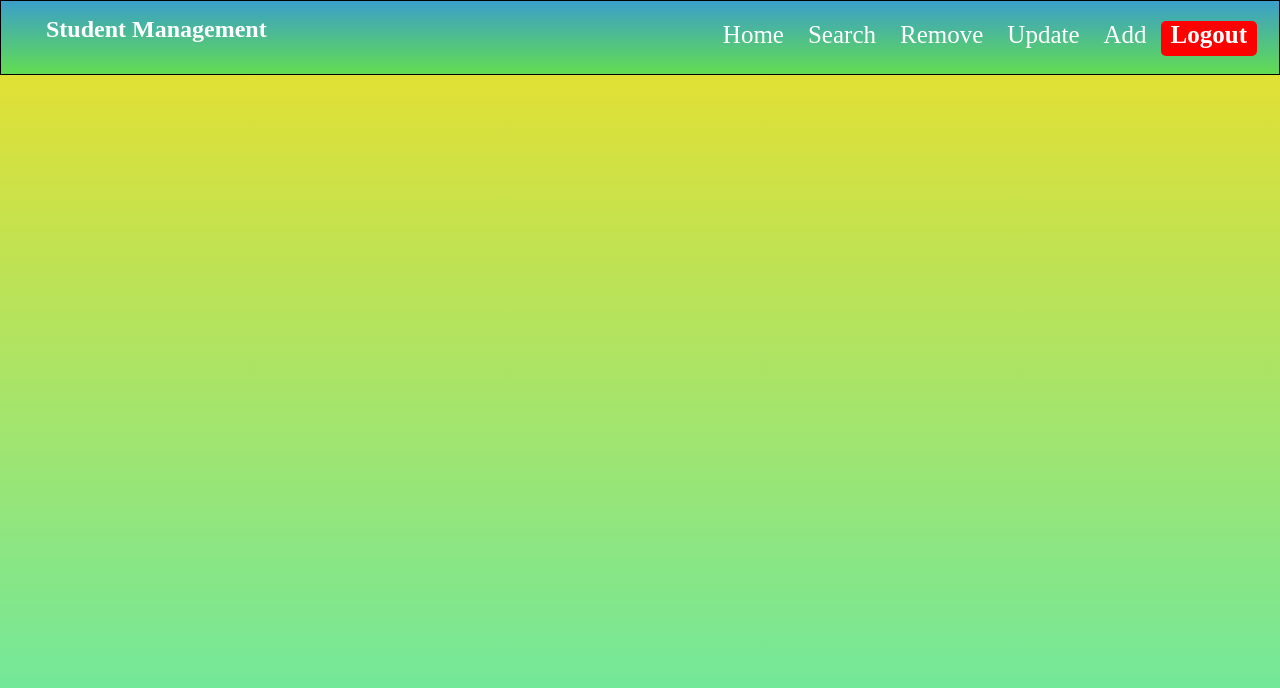
Repository: vishaltawar/J2EE-WEJE-2
Page: http://localhost/studentapp/AdminHome.jsp
The author's editor kept a copy of each file at every save. The page is drawn from the files as they stood at one save, then again after the next save.
The browser window is 1280 px wide. The pictures show the whole page.
The page is served by Tomcat 9.

Above is the page before, as saved 2022-12-26 07:15:44.

After the next save:
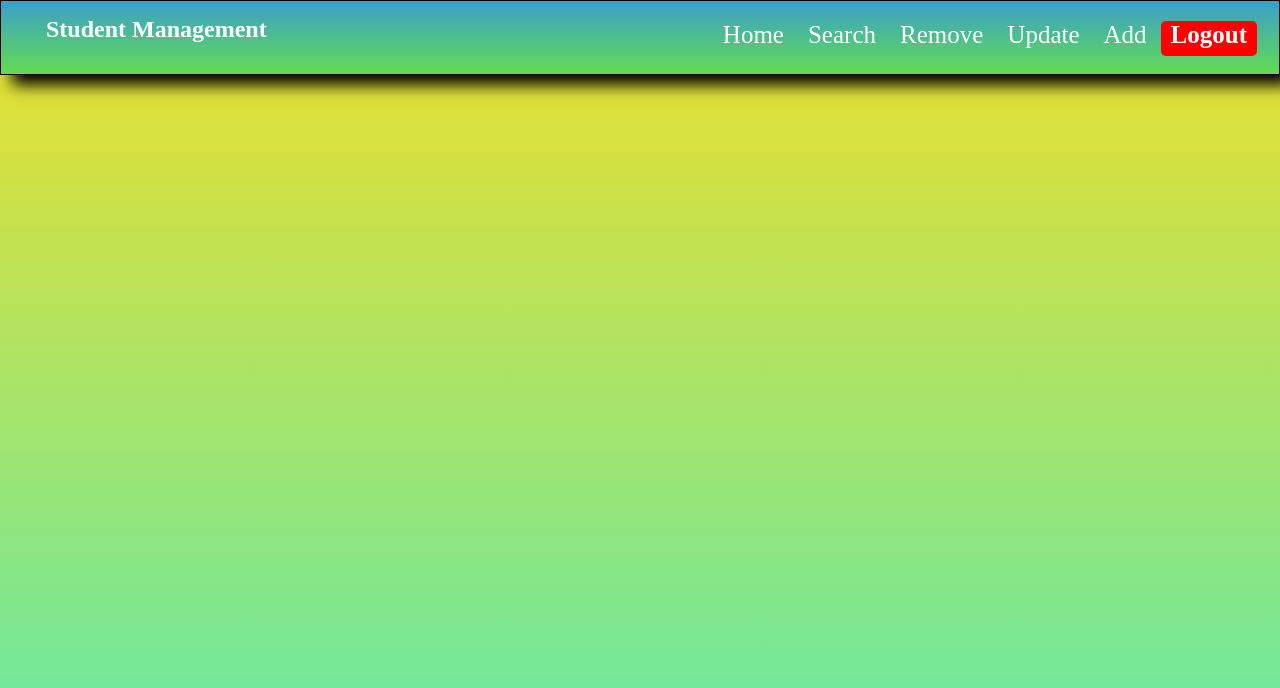
Saved 2 min 58 s later.
--- a/studentapp/src/main/webapp/AdminHome.jsp
+++ b/studentapp/src/main/webapp/AdminHome.jsp
@@ -25,6 +25,7 @@
             border: 1px solid;
             padding: 10px;
             min-width: 700px;
+            box-shadow: 12px 10px 15px;
 
 
             height: 75px;
